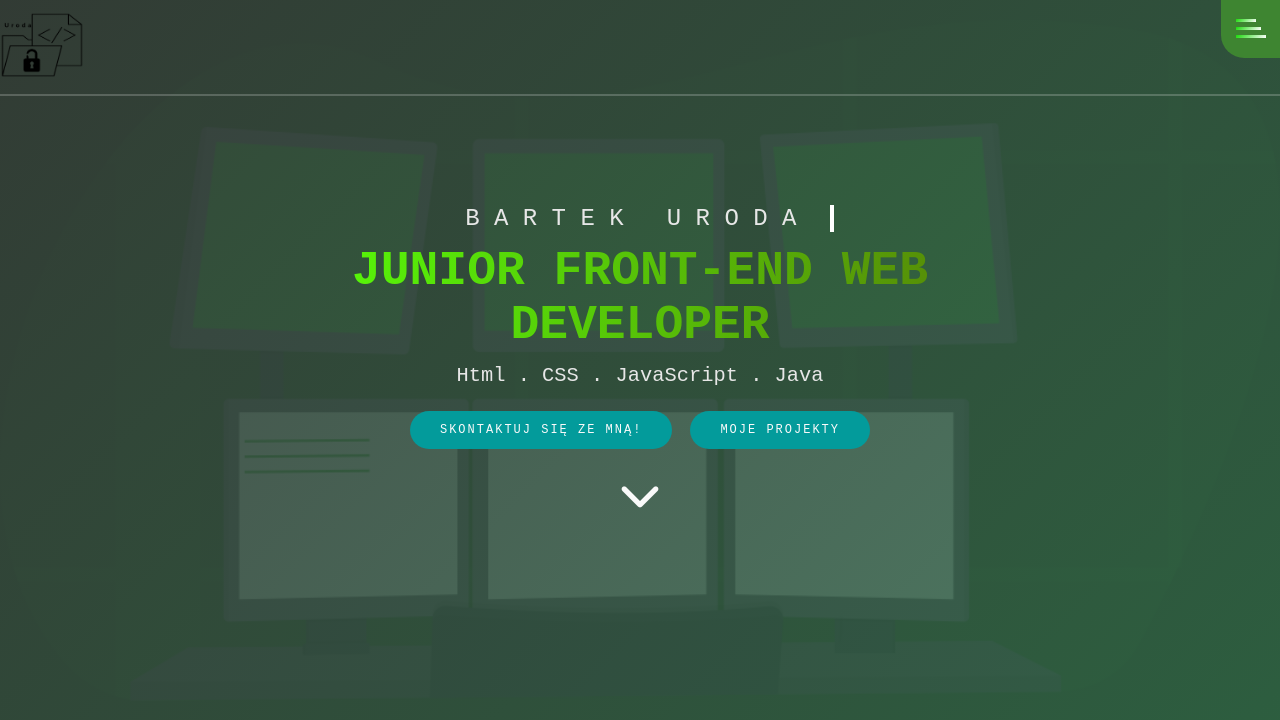
Repository: BartekUroda/portfolio
Page: index.html
The author's editor kept a copy of each file at every save. The page is drawn from the files as they stood at one save, then again after the next save.
The browser window is 1280 px wide. The pictures show the whole page.
Some web fonts or font styles are not loaded; a fallback is used. Some web libraries are served in a nearby version.

Above is the page before, as saved 2020-10-27 00:34:55.

### index.html
<!DOCTYPE html>
<html lang="en">
<head>
    <meta charset="UTF-8">
    <meta name="viewport" content="width=device-width, initial-scale=1.0">
    <title>Portfolio | Bartek Uroda</title>
    <link rel="stylesheet" type="text/css" href="css/style.css">
    <link href="https://fonts.googleapis.com/css2?family=Poppins&sfamily=Share+Tech+Mono&display=swap" rel="stylesheet">
    <script src="https://kit.fontawesome.com/056e5c10dc.js" crossorigin="anonymous"></script>
    <link rel="shortcut icon" type="image/x-icon" href="images/favicon.ico" />
</head>
<body>
    <header>
        <div class="container">
            <nav>
                <div class="nav-brand">
                    <a href="index.html">
                        <img src="images/logo.png" alt="Uroda">
                    </a>
                </div>
                <div class="burger-menu-icon">
                    <div class="line1"></div>
                    <div class="line2"></div>
                    <div class="line3"></div>
                </div>
                <ul class="nav-list">
                    <li class="nav-item">
                      <a href="#landing-page">
                        <img
                          src="images/profile.jpeg"
                          alt="Bartek Uroda"
                          class="profile-pic nav-link"
                        >
                        <span class="caption nav-link">Bartek Uroda</span>
                      </a>
                    </li>
                    <li class="nav-item">
                      <a href="#about" class="nav-link">O mnie</a>
                    </li>
                    <li class="nav-item">
                      <a href="#services" class="nav-link">Usługi</a>
                    </li>
                    <li class="nav-item">
                      <a href="#projects" class="nav-link">Projekty</a>
                    </li>
                    <li class="nav-item">
                      <a href="#contact" class="nav-link">Kontakt</a>
                    </li>
                    <li class="nav-item">
                      <a href="https://www.facebook.com/bartlomiej.uroda.3" target="_blank" class="nav-link">
                        <i class="fab fa-facebook"></i>
                      </a>
                      <a href="https://github.com/Urodii" target="_blank" class="nav-link">
                        <i class="fab fa-github"></i>
                      </a>
                      <a href="https://www.youtube.com/channel/UCzT1h5RNvmbtrmKT5hPjyAg?view_as=subscriber" target="_blank" class="nav-link">
                        <i class="fab fa-youtube"></i>
                      </a>
                    </li>
                  </ul>
            </nav>
        </div>
    </header>
    <main>
      <section id="landing-page" class="landing-page">
        <div class="container">
          <div class="main-message">
            <h2>Bartek Uroda</h2>
            <h3>Junior Front-End Web Developer</h3>
            <p>Html . CSS . JavaScript . Java</p>
            <div class="intro-btn">
              <div class="cta">
                <a href="#contact" class="btn">Skontaktuj się ze mną!</a>
              </div>
              <div class="cta">
                <a href="#projects" class="btn">Moje Projekty</a>
              </div>
            </div>
            <div>
              <a href="#about" class="scroll-down">
                <i class="fa fa-chevron-down" aria-hidden="true"></i>
              </a>
            </div>
          </div>
        </div>
      </section>
    </main>
 <script type="text/javascript" src="js/main.js"></script>
</body>
</html>

### css/style.css
/* ----------GLOBAL STYLES---------- */
*,
*::before,
*::after {
  margin: 0;
  padding: 0;
  box-sizing: inherit;
}
html {
    font-family: "Share Tech Mono", monospace;
    font-size: 12px;
    box-sizing: border-box;
    scroll-behavior: smooth;
    color: #e7e7e7;
    background: rgb(49, 68, 56);
}

a {
    text-decoration: none;
    color: rgb(3, 155, 23);
}

a:hover {
    color: rgba(249, 105, 14, 1);
}

ul {
    list-style: none;
}

p {
    font-size: 1.4rem;
}

img {
    width: 100%;
    max-width: 100%;
    height: auto;
}
/* ----------HEADER---------- */
header {
    width: 100%;
    height: 5rem;
    position: absolute;
    top: 0;
    left: 0;
    z-index: 1;
}
.contenier {
    width: 100%;
    max-width: 90rem;
    margin: 0 auto;
    padding: 0 1.5rem;
}
.nav-brand {
    width: 7rem;
}
nav {
    width: 100%;
    display: flex;
    align-items: center;
    justify-content: space-between;
    padding: 1rem 0;
    border-bottom: 2px solid rgba(255, 255, 255, .2);
}
.line1 {
    width: 20px;
    height: 3px;
    margin: 5px 0;
    background: linear-gradient(
      135deg,
      rgb(27, 218, 10) 0%,
      rgb(255, 255, 255) 100%
    );
}
.line2 {
    width: 25px;
    height: 3px;
    background: linear-gradient(
      135deg,
      rgb(27, 218, 10) 0%,
      rgb(255, 255, 255) 100%
    );
}
.line3 {
    width: 30px;
    height: 3px;
    margin: 5px 0;
    background: linear-gradient(
      135deg,
      rgb(27, 218, 10) 0%,
      rgb(255, 255, 255) 100%
    );
}
.burger-menu-icon {
    cursor: pointer;
    z-index: 999;
    position: fixed;
    right: 0;
    top: 0;
    background-color: rgba(67, 145, 47, 0.815);
    padding: 1.2rem;
    border-radius: 0% 0% 0% 40%;
}
.profile-pic {
    height: 9rem;
    width: auto;
    border-radius: 50%;
    display: block;
    margin: 1.5rem 0;
}
.caption {
    display: block;
}
.nav-list {
    width: 24rem;
    height: 100vh;
    background-color:  rgb(69, 85, 75);
    position: fixed;
    top: 0;
    right: -26rem;
    display: flex;
    flex-direction: column;
    align-items: center;
    justify-self: start;
    z-index: 998;
    transition: all 650ms ease-in-out;
}
.nav-list.active {
    right: 0;
}
.nav-item {
    margin: 1.2rem 0;
}
.nav-link {
    opacity: 0;
    font-size: 1.3rem;
    text-transform: uppercase;
    color: #cecece;
    letter-spacing: 1.5px;
}
.nav-link:hover {
    color: rgb(62, 248, 15);
}
.toggle {
    background: none;
}
.toggle .line1 {
    transform: rotate(-45deg) translate(-5px, 6px) scalex(2);
}
.toggle .line2 {
    opacity: 0;
}
.toggle .line3 {
    width: 20px;
    transform: rotate(45deg) translate(-5px, -6px) scalex(2);
    margin-left: 0px;
}
@keyframes navLinkAnimate {
    from{
        opacity: 0;
        transform: translate(50px);
    }
    to{
        opacity: 1;
        transform: translate(0px);
    }
}
/* ----------MAIN---------- */
.landing-page{
    width: 100%;
    height: 100vh;
    background: linear-gradient(
        135deg,
        rgba(50, 58, 52, 0.9) 0%,
        rgba(44, 100, 65, 0.8) 100%
    ),
    url('../images/mainpage.png') center no-repeat;
    background-size: contain;
    position: relative;
}
.main-message {
    width: 100%;
    max-width: 58rem;
    text-transform: uppercase;
    position: absolute;
    left: 50%;
    top: 50%;
    transform: translate(-50%, -50%);
    text-align: center;
}
.main-message h2 {
    letter-spacing: 1.2rem;
    font-size: 2rem;
    font-weight: 400;
    overflow: hidden;
    white-space: nowrap;
    animation: typing 5s steps(27), blink 1s ease-in-out 7s infinite;
    width: 27ch;
    margin: auto;
    border-right: 4px solid rgba(255, 255, 255, 1);
}

@keyframes typing {
    75% {
      width: 0ch;
      color: rgba(249, 105, 14, 1);
    }
    100% {
      width: 27ch;
    }
  }

  @keyframes blink {
    0% {
      border-right: 4px solid rgba(255, 255, 255, 0);
    }
    100% {
      border-right: 4px solid rgb(194, 194, 194);
    }
  }

.main-message h3 {
    font-size: 4rem;
    margin: 1rem 0;
    color: rgba(249, 105, 14, 1);
    background: linear-gradient(
      to right,
      rgb(87, 253, 9) 0%,
      rgb(86, 134, 7) 100%
    );
    -webkit-background-clip: text;
    -webkit-text-fill-color: transparent;
}

.main-message p {
    text-transform: none;
    font-size: 1.7rem;
    font-weight: 400;
}

.intro-btn {
    display: flex;
    justify-content: center;
}

.btn {
    margin: 0 9px;
    background: rgba(3, 155, 155);
    border-radius: 2rem;
    color: #fafafa;
    padding: 1rem 2.5rem;
    display: inline-block;
    margin-top: 2rem;
    transition: background-color 650ms;
    font-weight: 500;
    letter-spacing: 2px;
}
.btn:hover {
    color: #fafafa;
    background-color: rgba(189, 72, 0);
}

.scroll-down i {
    color: #fafafa;
    transition: color 650ms;
    margin-top: 2rem;
    font-size: 3.5rem;
}

.scroll-down i:hover {
    color: rgba(189, 72, 0);
}

### js/main.js
//eselect elements
const selectElement = (s) => document.querySelector(s);
const navLinks = document.querySelectorAll(".nav-link");

selectElement(".burger-menu-icon").addEventListener("click", () => {
    selectElement(".nav-list").classList.toggle("active");
    selectElement(".burger-menu-icon").classList.toggle("toggle")

    navLinks.forEach((link, index) => {
        if (link.style.animation){
            link.style.animation = ""
        }else{
            link.style.animation = `navLinkAnimate 0.5s ease forwards ${ index/7 + 0.5}s`
            console.log(index/7 + 0.5)
        }
    })
});

After the next save:
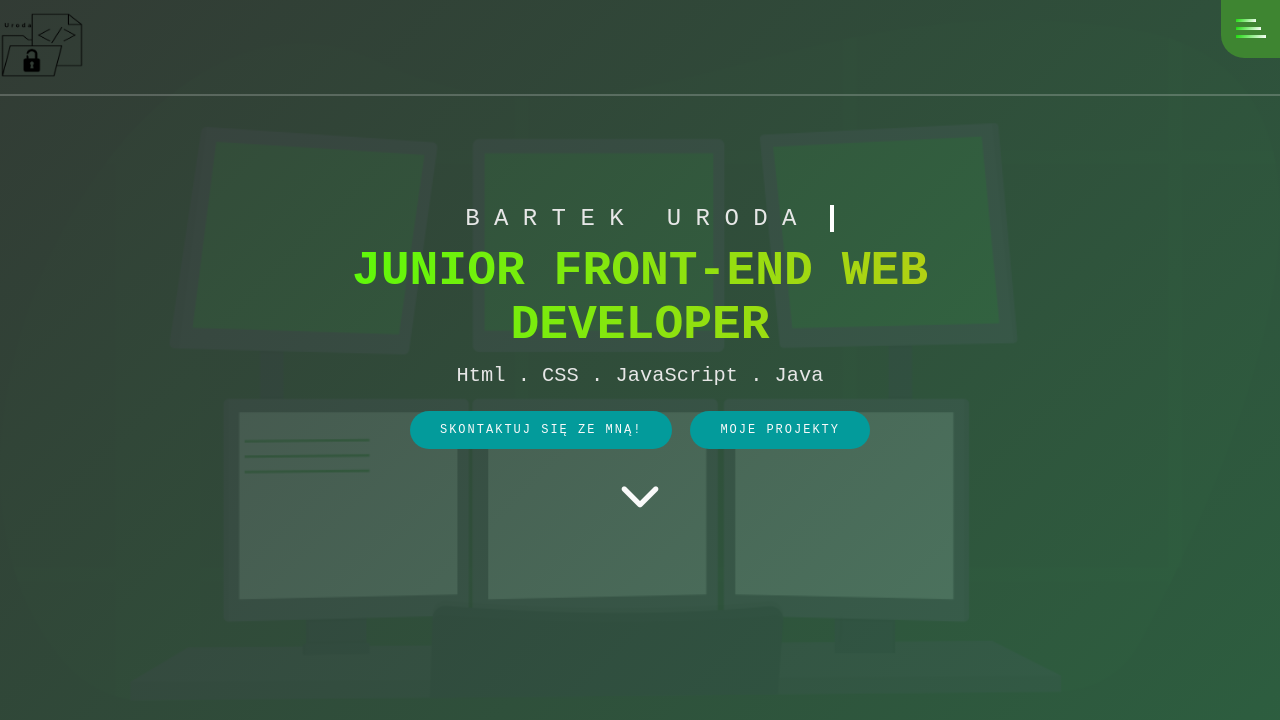
Saved 24 s later.
--- a/css/style.css
+++ b/css/style.css
@@ -227,7 +227,7 @@ nav {
     background: linear-gradient(
       to right,
       rgb(87, 253, 9) 0%,
-      rgb(86, 134, 7) 100%
+      rgb(186, 204, 20) 100%
     );
     -webkit-background-clip: text;
     -webkit-text-fill-color: transparent;
